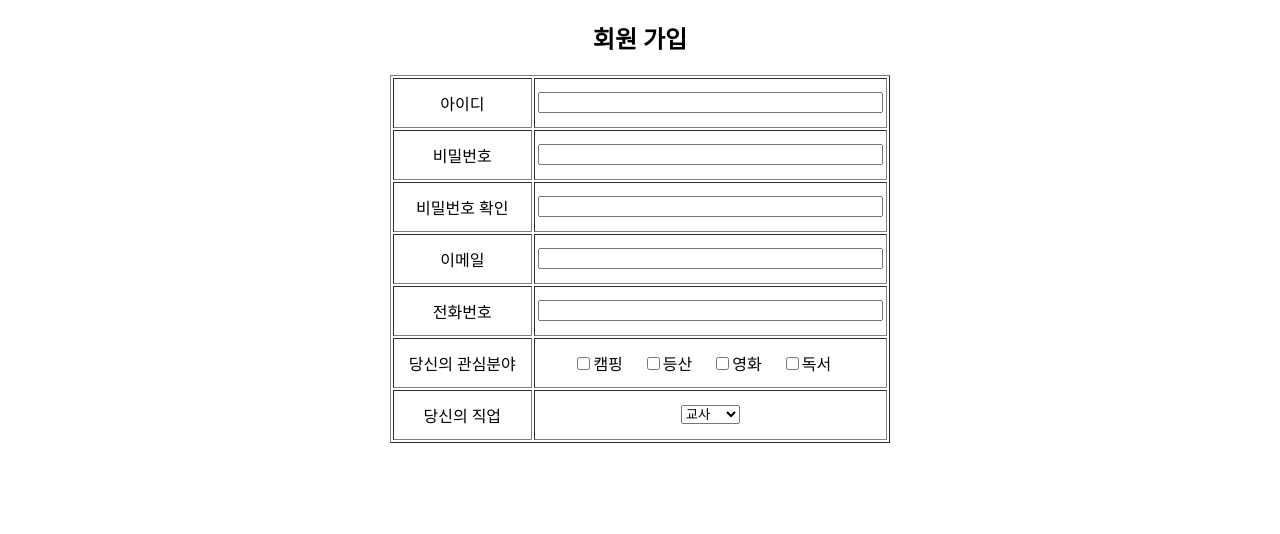
Repository: SuperHamzzi/JSPStudy
Page: http://localhost/JSP01/RequestJoin.jsp
The author's editor kept a copy of each file at every save. The page is drawn from the files as they stood at one save, then again after the next save.
The browser window is 1280 px wide. The pictures show the whole page.
The page is served by Tomcat 9.

Above is the page before, as saved 2023-06-04 11:04:44.

### JSP01/WebContent/RequestJoin.jsp
<%@ page language="java" contentType="text/html; charset=EUC-KR"
    pageEncoding="EUC-KR"%>
<!DOCTYPE html>
<html>
<head>
<meta charset="EUC-KR">
<title>Insert title here</title>
</head>
<body>

	<center>
	<h2> 회원 가입</h2>
	<form action="RequestJoinProc.jsp" method="post">
	<table width="500" border="1">
	<tr height="50">
		<td width="150" align="center"> 아이디</td>
		<td width="350" align="center" >
		<input type="text" name="id" size="40">
		</td>
	</tr>
	<tr height="50">
		<td width="150" align="center"> 비밀번호</td>
		<td width="350" align="center">
		<input type="password" align="center" name="pass" size="40">
		</td>
	</tr>
	<tr height="50">
		<td width="150" align="center"> 비밀번호 확인</td>
		<td width="350" align="center">
		<input type="password" name="pass2" size="40">
		</td>
	</tr>
	<tr height="50">
		<td width="150" align="center"> 이메일</td>
		<td width="350" align="center">
		<input type="email" name="email" size="40">
		</td>
	</tr>
	<tr height="50">
		<td width="150" align="center"> 전화번호</td>
		<td width="350" align="center">
		<input type="tell"  name="id" size="40">
		</td>
	</tr>
	<tr height="50">
		<td width="150" align="center">당신의 관심분야</td>
		<td width="350" align="center">
		<input type="checkbox" name="hobby" value="캠핑">캠핑 &nbsp; &nbsp;
		<input type="checkbox" name="hobby" value="등산">등산 &nbsp; &nbsp;
		<input type="checkbox" name="hobby" value="영화">영화 &nbsp; &nbsp;
		<input type="checkbox" name="hobby" value="독서">독서 &nbsp; &nbsp;
		</td>
	</tr>
	<tr height="50">
	<td width="150" align="center">당신의 직업</td>
	<td width="150" align="center">
		<select name="job">
		<option value="교사">교사</option>
		<option value="변호사">변호사</option>
		<option value="의사">의사</option>
		<option value="기술사">기술사</option>
		</select>
	</td>
	</table>
	</form>
	</center>

</body>
</html>

After the next save:
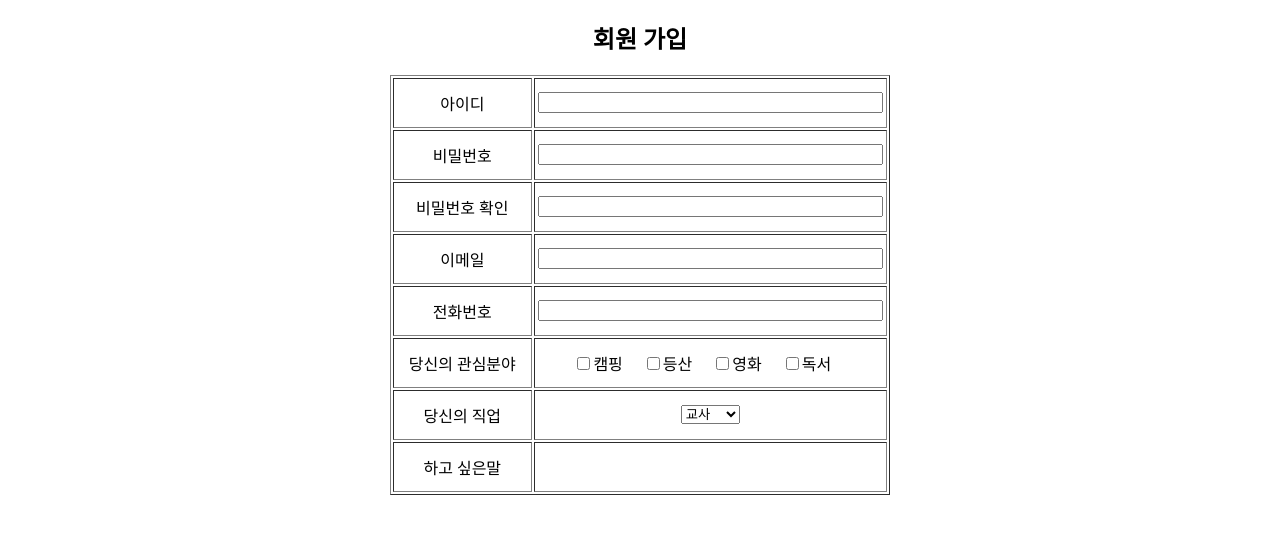
Saved 50 s later.
--- a/JSP01/WebContent/RequestJoin.jsp
+++ b/JSP01/WebContent/RequestJoin.jsp
@@ -61,6 +61,14 @@
 		<option value="기술사">기술사</option>
 		</select>
 	</td>
+	</tr>
+
+	<tr height="50">
+
+	<td width="150" align="center">하고 싶은말</td>
+
+	<td width="350" align="center">
+	</tr>
 	</table>
 	</form>
 	</center>
